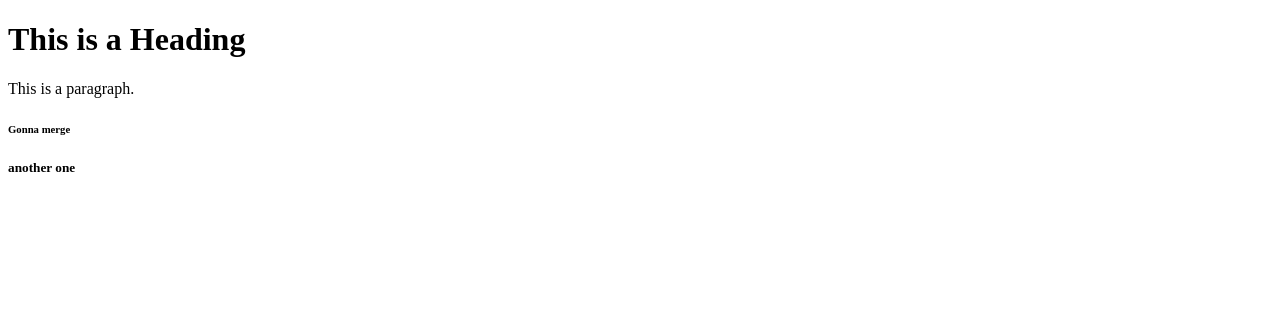
Repository: rashmikagamage/gittesting
Page: test.html
An editor plug-in stored every save of this project. The page is shown before and after the next save, followed by the edit.
The browser window is 1280 px wide. The pictures show the whole page.

Above is the page before, as saved 2020-07-04 15:19:06.

### test.html
<!DOCTYPE html>
<html>
<head>
<title>Page Title</title>
</head>
<body>

<h1>This is a Heading</h1>
<p>This is a paragraph.</p>
<h6>Gonna merge</h6>
<h5>another one</h5>

</body>
</html>

After the next save:
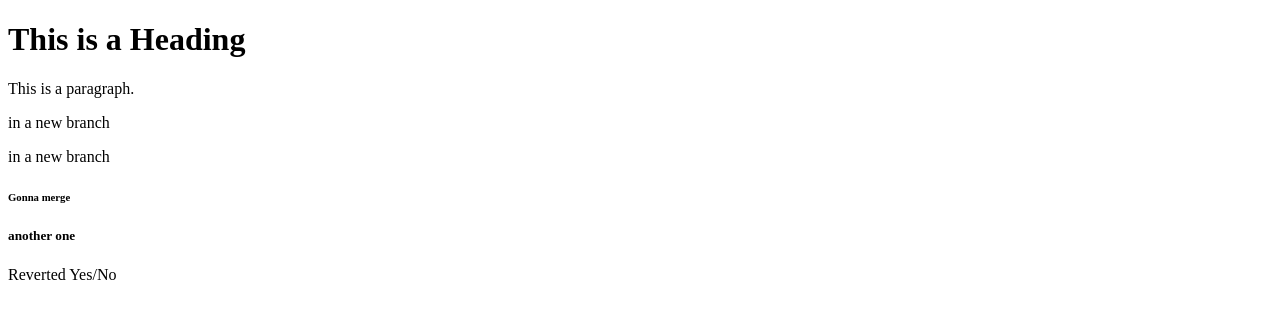
Saved 14 min 46 s later.
--- a/test.html
+++ b/test.html
@@ -7,8 +7,12 @@
 
 <h1>This is a Heading</h1>
 <p>This is a paragraph.</p>
+<p>in a new branch</p>
+<p>in a new branch</p>
 <h6>Gonna merge</h6>
 <h5>another one</h5>
-
+<p>
+    Reverted Yes/No
+</p>
 </body>
 </html>
